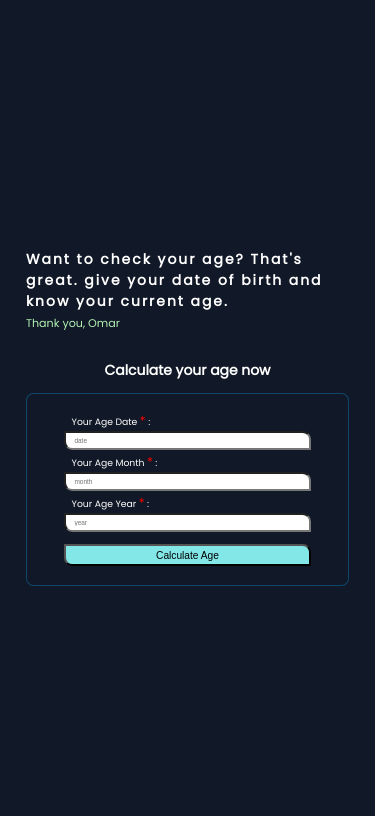
Repository: omarpervezz/age-calculator
Page: index.html
These files come from the project's save history. The page is drawn as it stood at one moment and after a run of saves; the edit follows.
The browser window is 375 px wide. The pictures show the whole page.
Some web fonts or font styles are not loaded; a fallback is used.

Above is the page before, as saved 2022-08-13 00:59:37.

After the next 2 saves:
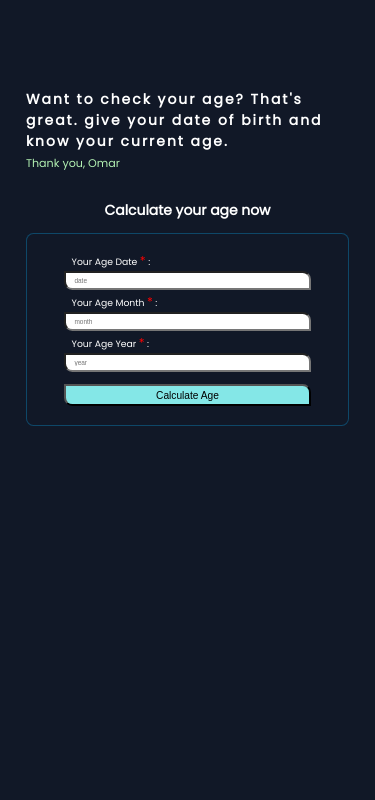
The 2 saves are shown as one change because they came seconds apart.
The last was saved 110 s later.
--- a/style.css
+++ b/style.css
@@ -142,6 +142,9 @@ h2{
   html{
     font-size: 58%;
   }
+  body{
+    height: 60vh;
+  }
   h1{
     line-height: initial;
   }
